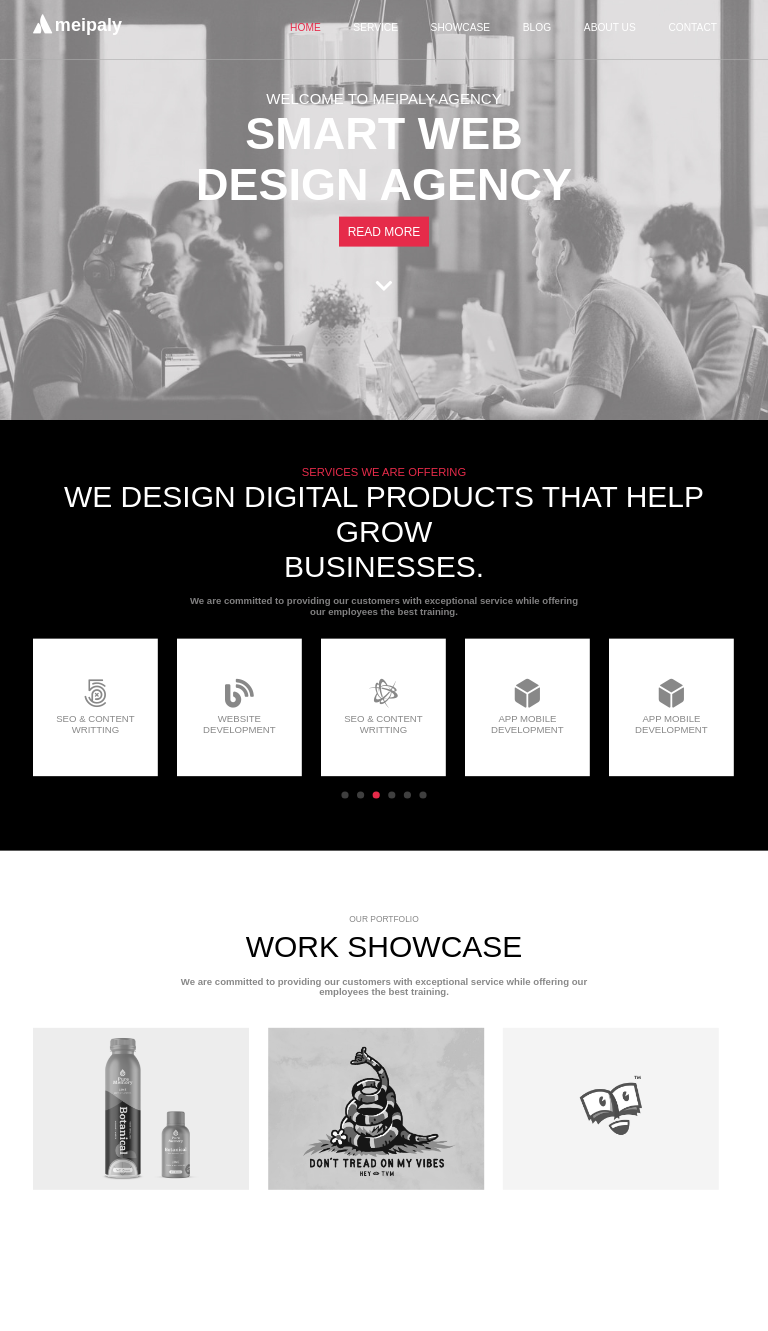
Repository: ToanNguyenThai/Meipaly
Page: index.html
An editor plug-in stored every save of this project. The page is shown before and after the next save, followed by the edit.
The browser window is 1280 px wide. The pictures show the whole page, at 60% of full size.

Above is the page before, as saved 2021-12-11 00:54:32.

After the next save:
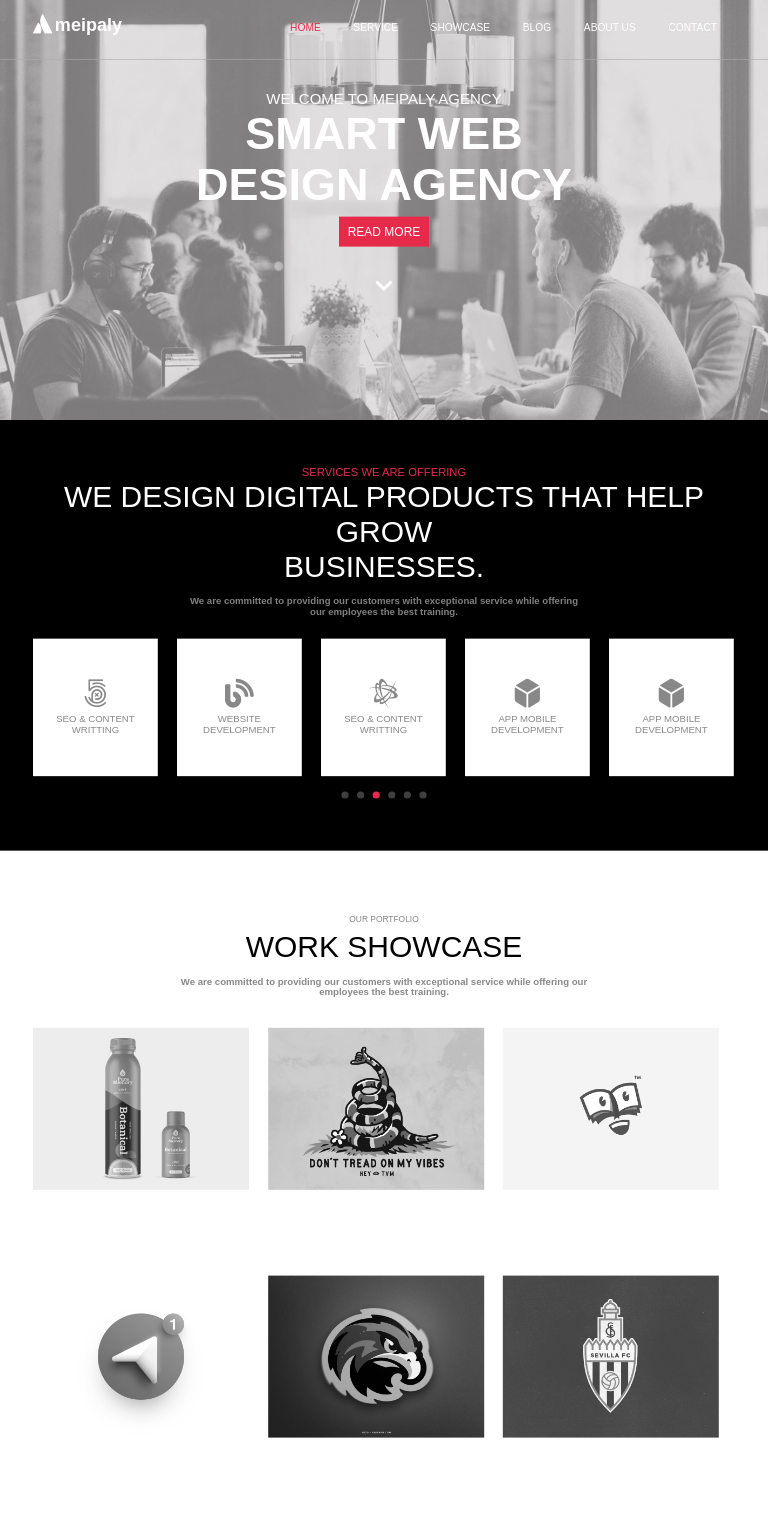
Saved 24 s later.
--- a/index.html
+++ b/index.html
@@ -150,6 +150,15 @@
                 <div class="content__container">
                     <img src="../img/showcase_img_3.webp" alt="">
                 </div>
+                <div class="content__container">
+                    <img src="../img/showcase_img_4.webp" alt="">
+                </div>
+                <div class="content__container">
+                    <img src="../img/showcase_img_5.webp" alt="">
+                </div>
+                <div class="content__container">
+                    <img src="../img/showcase_img_6.webp" alt="">
+                </div>
 
             </div>
         </div>
